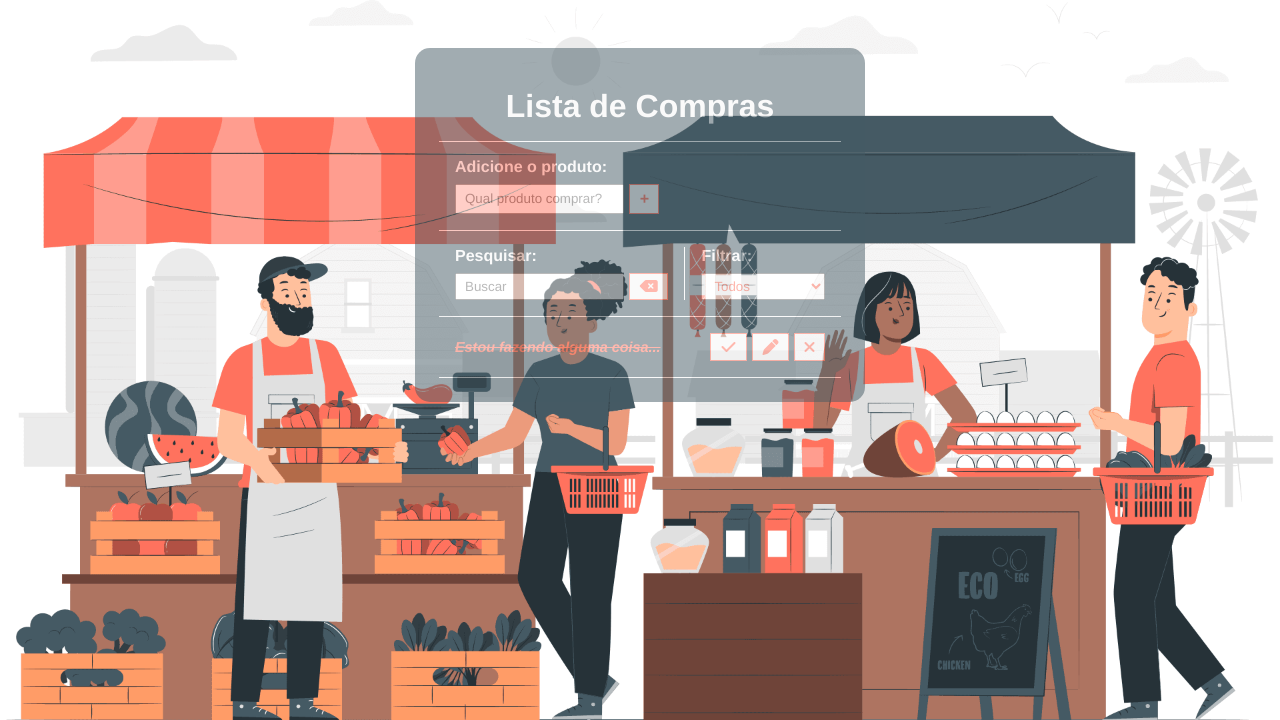
Repository: Dkrvalho/mercado
Page: index.html
The author's editor kept a copy of each file at every save. The page is drawn from the files as they stood at one save, then again after the next save.
The browser window is 1280 px wide. The pictures show the whole page.

Above is the page before, as saved 2023-01-09 15:41:35.

### index.html
<!DOCTYPE html>
<html lang="en">
<head>
    <meta charset="UTF-8">
    <meta http-equiv="X-UA-Compatible" content="IE=edge">
    <meta name="viewport" content="width=device-width, initial-scale=1.0">
    <!-- CSS -->
    <link rel="stylesheet" href="css/style.css">
    <!-- Font Awesome -->
    <link rel="stylesheet" href="https://cdnjs.cloudflare.com/ajax/libs/font-awesome/6.2.1/css/all.min.css" integrity="sha512-MV7K8+y+gLIBoVD59lQIYicR65iaqukzvf/nwasF0nqhPay5w/9lJmVM2hMDcnK1OnMGCdVK+iQrJ7lzPJQd1w==" crossorigin="anonymous" referrerpolicy="no-referrer" />
    <!-- JS -->
    <script src="js/script.js" defer></script>
    <!-- defer faz com que o js seja carregado após o html -->
    <title>Lista de Compras</title>
</head>
<body>
    <main class="container">
        <header>
            <h1>Lista de Compras</h1>
        </header>
        <form id="todo-form">
            <p>Adicione o produto:</p>
            <div class="form-control">
                <input type="text" id="todo-input" placeholder="Qual produto comprar?">
                <button type="submit">
                    <i class="fa-thin fa-plus"></i>
                </button>
            </div>
        </form>
        <form id="edit-form" class="hide">
            <p>Edite o produto</p>
            <div id="form-control">
                <input type="text" id="edit-input">
                <button type="submit">
                    <i class="fa-solid fa-check-double"></i>
                </button>
            </div>
            <button id="cancel-edit-btn">Cancelar</button>
        </form>
        <div id="toolbar">
            <div id="search">
                <h4>Pesquisar:</h4>
                <form>
                    <input type="text" id="search-input" placeholder="Buscar">
                    <button id="erase-btn">
                        <i class="fa-solid fa-delete-left"></i>
                    </button>
                </form>
            </div>
            <div id="filter">
                <h4>Filtrar:</h4>
                <select id="filter-select">
                    <option value="all">Todos</option>
                    <option value="done">Comprados</option>
                    <option value="todo">A comprar</option>
                </select>
            </div>
        </div>
        <div id="todo-list">
            <div class="todo done">
                <h3>Estou fazendo alguma coisa...</h3>
                <button class="finish-todo">
                    <i class="fa-solid fa-check"></i>
                </button>
                <button class="edit-todo">
                    <i class="fa-solid fa-pen"></i>
                </button>
                <button class="remove-todo">
                    <i class="fa-solid fa-xmark"></i>
                </button>
            </div>
        </div>
    </main>
</body>
</html>

### css/style.css
/* Geral */
* {
    padding: 0;
    margin: 0;
    font-family: Helvetica, sans-serif, Arial;
    color: #f6f6f6;
    box-sizing: border-box;
}

html {
    background: url(../img/fundo.png) no-repeat center center fixed;
    -webkit-background-size: cover;
    -moz-background-size: cover;
    -o-background-size: cover;
    background-size: cover;
    opacity: .5;
  }

button {
    background-color: #f6f6f6;
    color: #ff725e;
    border: 1px solid #ff725e;
    padding: .3rem .6rem;
    font-size: 1rem;
    cursor: pointer;
    display: flex;
    justify-content: center;
    align-items: center;
    transition: .4s;
}

button:hover {
    background-color: #ff725e;
    color: #f6f6f6;
}

button:hover > i {
    color: #f6f6f6;
}

button i {
    color: #ff725e;
    font-weight: bold;
    pointer-events: none;
}

input, select {
    padding: .25rem .5rem;
}

input, select, textarea{
    color: #455a64;
}

textarea:focus, input:focus {
    color: #455a64;
}

.hide {
    display: none;
}

/* To Do Header */
.container {
    max-width: 450px;
    margin: 3rem auto;
    background-color: #455a64;
    padding: 1.5rem;
    border-radius: 15px;
}

.container header {
    text-align: center;
    padding: 1rem 1rem;
    border-bottom: 1.5px solid #f6f6f6;
}

/* Form */
#todo-form, #edit-form {
    padding: 1rem;
    border-bottom: 1.5px solid #f6f6f6;
}

#todo-form p, #edit-form p {
    margin-bottom: .5rem;
    font-weight: bold;
}

.form-control {
    display: flex;
}

.form-control input {
    margin-right: .3rem;
}

#cancel-edit-btn {
    margin-top: 1rem;
}

/* To Do toolbar */
#toolbar {
    padding: 1rem;
    border-bottom: 1.5px solid #f6f6f6;
    display: flex;
}

#toolbar h4 {
    margin-bottom: .5rem;
}

#search {
    border-right: 1.5px solid #f6f6f6;
    padding-right: 1rem;
    margin-right: 1rem;
    width: 65%;
    display: flex;
    flex-direction: column;
}

#search form {
    display: flex;
}

#search input {
    width: 100%;
    margin-right: .3rem;
}

#filter {
    width: 35%;
    display: flex;
    flex-direction: column;
}

#filter select {
    flex: 1;
    color: #ff725e;
}

#filter select option {
    color: #ff725e;
}

/* To Do List */

.todo {
    display: flex;
    justify-content: space-around;
    align-items: center;
    padding: 1rem;
    border-bottom: 1px solid #f6f6f6;
    transition: .4s;
}

.todo h3 {
    flex: 1;
    font-size: .9rem;
}

.todo button {
    margin-left: .3rem;
}

.done h3 {
    color: #ff725e;
    text-decoration: line-through;
    font-style: italic;
}

Loaded but not shown: js/script.js (no copy from this time; the picture is the same without it)

After the next save:
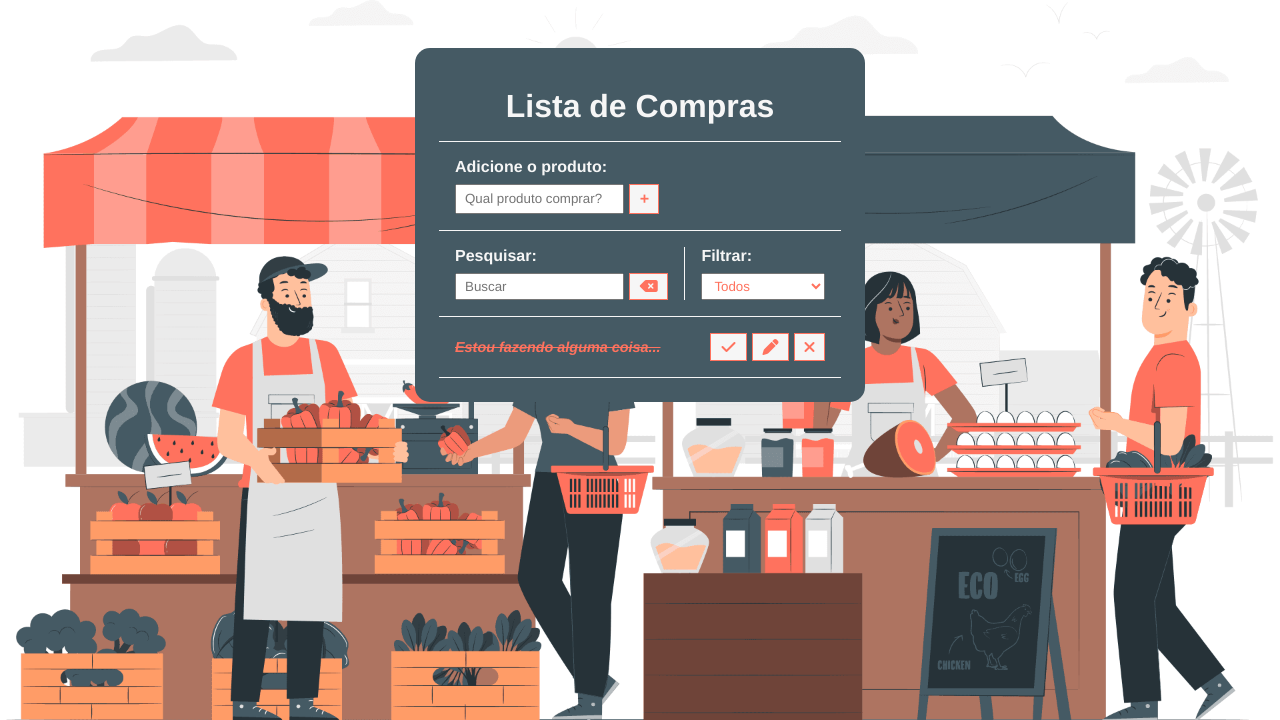
Saved 6 s later.
--- a/css/style.css
+++ b/css/style.css
@@ -13,7 +13,7 @@ html {
     -moz-background-size: cover;
     -o-background-size: cover;
     background-size: cover;
-    opacity: .5;
+    .5
   }
 
 button {
